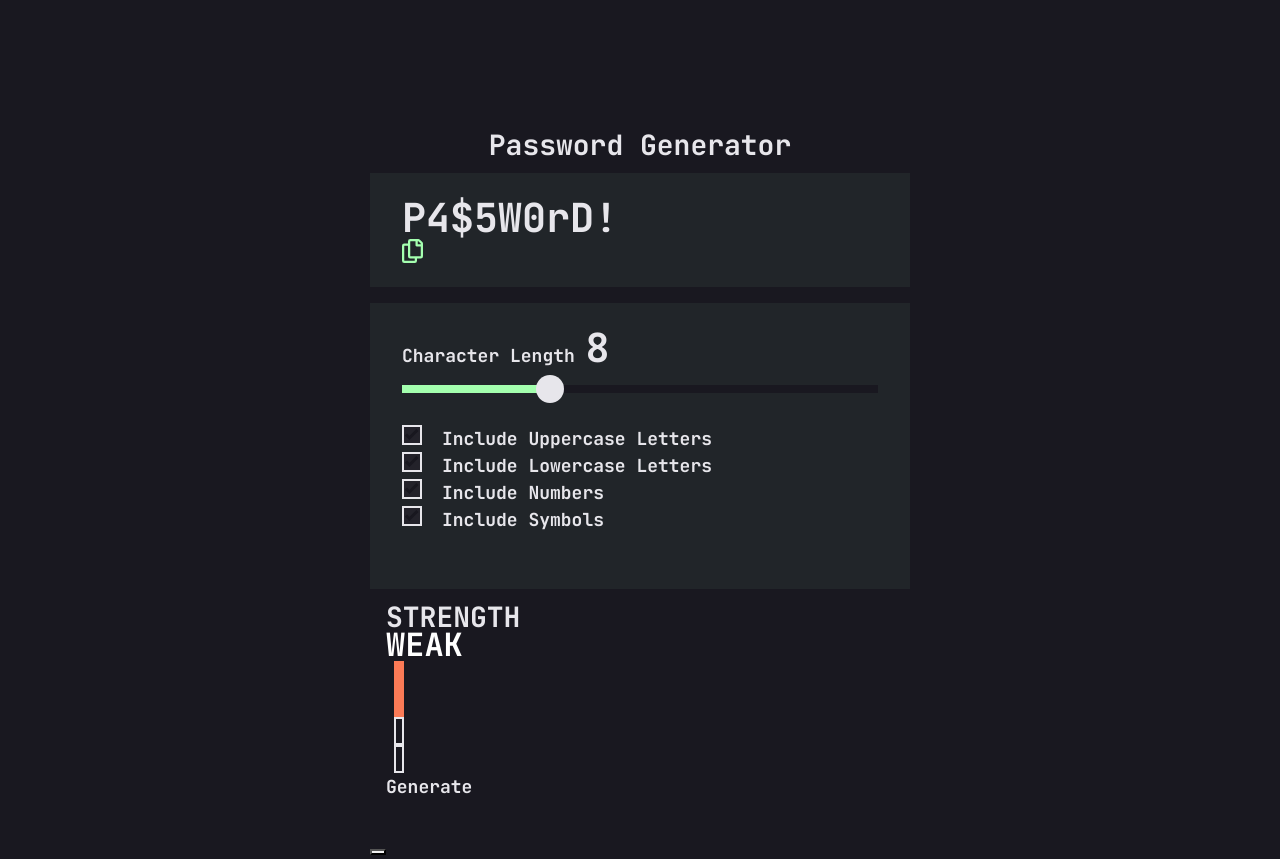
Repository: blordeus/password-generator-app
Page: starter-code/index.html
An editor plug-in stored every save of this project. The page is shown before and after a run of saves, followed by the edit.
The browser window is 1280 px wide. The pictures show the whole page.

Above is the page before, as saved 2023-10-05 20:19:48.

After the next 3 saves:
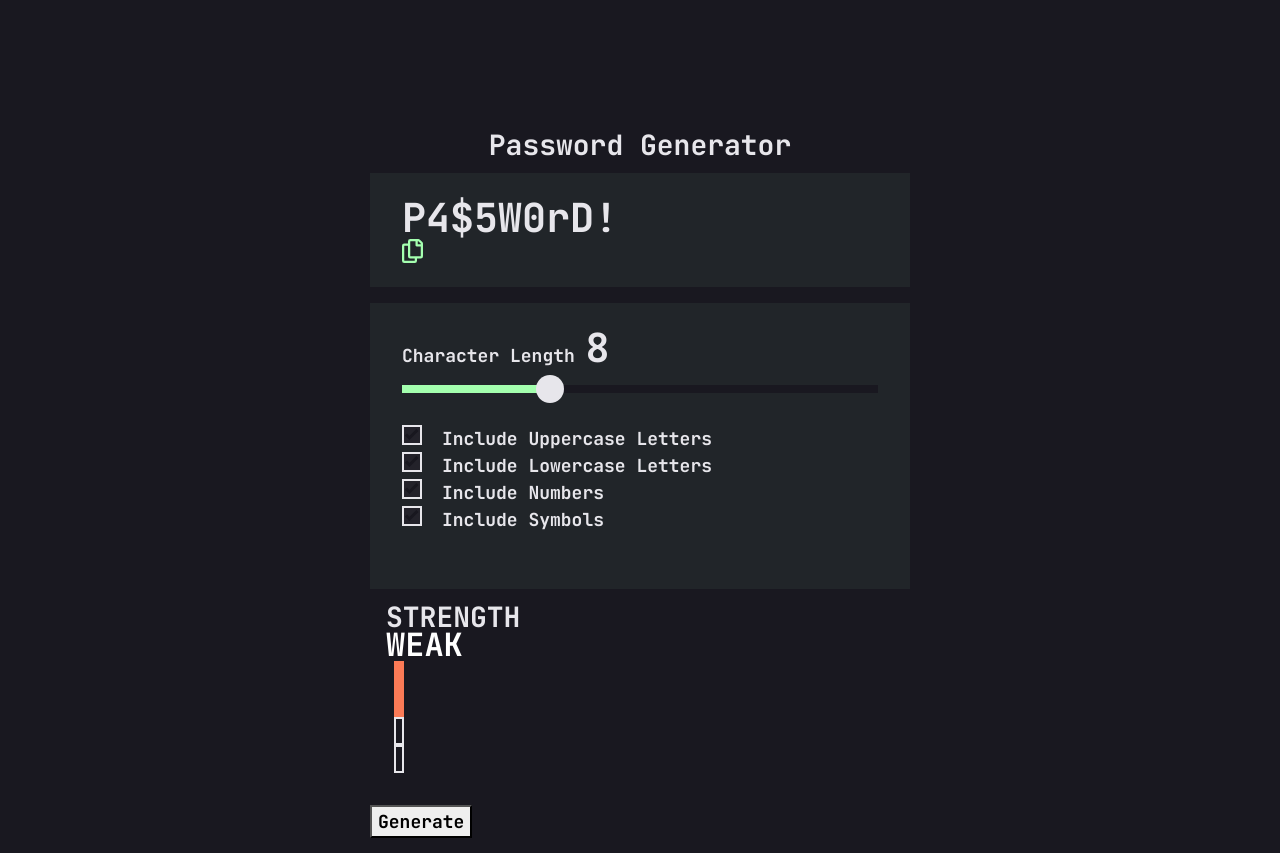
The 3 saves are shown as one change because they came seconds apart.
The last was saved 10 s later.
--- a/starter-code/index.html
+++ b/starter-code/index.html
@@ -61,9 +61,8 @@
         <div id="bar3" class="bars bar3"></div>
         <div id="bar4" class="bars bar4"></div>
       </div>
-      Generate
     </div>
-    <button id="generateBtn"></button>
+    <button id="generateBtn">Generate</button>
 </main>
 
 </body>
